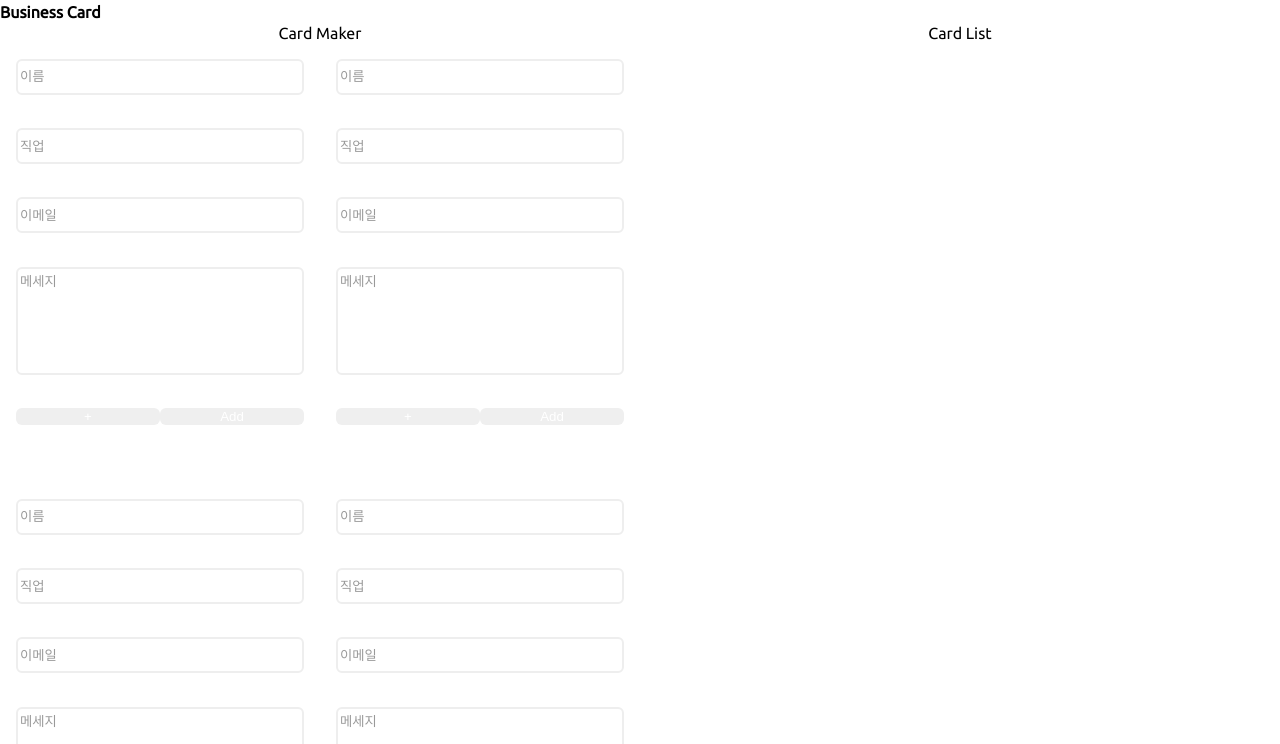
Repository: momo0170/react_businesscard
Page: /main
An editor plug-in stored every save of this project. The page is shown before and after the next save, followed by the edit.
The browser window is 1280 px wide. The pictures show the whole page.
The page's requests for data from a server got no answer. An inner scrolling area shows only its first screen. The project was rebuilt for these pictures with package versions that can differ from the ones it lists, and the page was loaded fresh each time. No one was signed in, and anything a server would have sent is missing. Also part of the build but not shown: src/css/login.module.css, src/route/login.jsx.

Above is the page before, as saved 2022-08-15 10:38:54.

### public/index.html
<!DOCTYPE html>
<html lang="en">
  <head>
    <meta charset="utf-8" />
    <link rel="icon" href="%PUBLIC_URL%/favicon.ico" />
    <meta name="viewport" content="width=device-width, initial-scale=1" />
    <meta name="theme-color" content="#000000" />
    <meta
      name="description"
      content="Web site created using create-react-app"
    />
    <link rel="preconnect" href="https://fonts.googleapis.com" />
    <link rel="preconnect" href="https://fonts.gstatic.com" crossorigin />
    <link
      href="https://fonts.googleapis.com/css2?family=Noto+Sans+KR:wght@400;700&family=Ubuntu:ital,wght@0,400;1,500&display=swap"
      rel="stylesheet"
    />

    <title>App</title>
  </head>
  <body>
    <noscript>You need to enable JavaScript to run this app.</noscript>
    <div id="root"></div>
  </body>
</html>

### src/index.js
import React from 'react';
import ReactDOM from 'react-dom/client';
import './index.css';
import App from './app.jsx';
import { BrowserRouter } from 'react-router-dom';

const root = ReactDOM.createRoot(document.getElementById('root'));
root.render(
  <BrowserRouter>
    <App />
  </BrowserRouter>
);

### src/index.css
html {
  width: 100%;
  height: 100%;
}

body {
  width: 100%;
  height: 100%;
  margin: 0;
  font-family: 'Noto Sans KR', sans-serif;
  font-family: 'Ubuntu', sans-serif;
}

#root {
  width: 100%;
  height: 100%;
}

### src/app.jsx
import React, { useState, useRef } from 'react';
import { Routes, Route } from 'react-router-dom';

import Login from './route/login';
import Main from './route/main';

import { auth } from './service/firebase.js';
import './service/firebase.js';
import writeUserData from './service/database.js';
import {
  GoogleAuthProvider,
  signInWithPopup,
  createUserWithEmailAndPassword,
  onAuthStateChanged,
  signInWithEmailAndPassword,
  signOut,
} from 'firebase/auth';

// createUserWithEmailAndPassword : 회원가입
// signInWithEmailAndPassword : 로그인
// signOut : 로그아웃
// sendEmailVerifiacation : 회원가입한 이메일 유호 확인
// updateEmail : 회원가입한 아이디 이메일 변경
// updatePassword : 회원가입한 아이디 패스워드 변경
// sendPasswordResetEmail : 회원가입한 비빌먼호 재설정
// delete : 회원가입한 아이디 삭제
// reauthenticate : 아이디 재인증
// onAuthStateChanged : 사용자의 로그인 상태 변경 감시

function App() {
  const [registerEmail, setRegisterEmail] = useState('');
  const [registerPassword, setRegisterPassword] = useState('');
  const [loginEmail, setLoginEmail] = useState(''); // email 저장하는 변수
  const [loginPassword, setLoginPassword] = useState(''); // 비밀번호 저장하는 변수
  const [googleUserData, setGoogleUserData] = useState(null); // google 로그인 사용자 정보
  const [emailUserData, setEmailUserData] = useState(null); // email 로그인 사용자 정보
  const loginInputId = useRef(); // id input 태그 제어
  const loginInputPassword = useRef(); // password input 태그 제어

  // 회원가입
  const register = () => {
    createUserWithEmailAndPassword(auth, registerEmail, registerPassword)
      .then((userCredential) => {
        var registerUser = userCredential.user;
        console.log(registerUser);
      })
      .catch((error) => {
        var errorCode = error.code;
        var errorMessage = error.message;
        console.log(errorCode);
        console.log(errorMessage);
        // ..
      });
  };

  // 이메일 로그인
  const emailLogin = (e) => {
    e.preventDefault();
    loginInputId.current.value = '';
    loginInputPassword.current.value = '';
    signInWithEmailAndPassword(auth, loginEmail, loginPassword)
      .then((userCredential) => {
        const data = userCredential.user;
        setEmailUserData(data);
        console.log(data);
        document.location.href = '/main';
      })
      .catch((error) => {
        const errorCode = error.code;
        const errorMessage = error.message;
        console.log(errorCode);
        console.log(errorMessage);
      });
  };

  // 구글 로그인
  const googleLogin = () => {
    const provider = new GoogleAuthProvider(); // provider를 구글로 설정
    signInWithPopup(auth, provider) // popup을 이용한 signup
      .then((data) => {
        setGoogleUserData(data.user); // user data 설정
        console.log(data); // console로 들어온 데이터 표시
        document.location.href = '/main';
      })
      .catch((err) => {
        console.log(err);
      });
  };

  return (
    <Routes>
      <Route path="/">
        <Route
          path="login"
          element={
            <Login
              googleLogin={googleLogin}
              register={register}
              emailLogin={emailLogin}
              googleUserData={googleUserData}
              setGoogleUserData={setGoogleUserData}
              emailUserData={emailUserData}
              setEmailUserData={setEmailUserData}
              setLoginEmail={setLoginEmail}
              setLoginPassword={setLoginPassword}
              loginInputId={loginInputId}
              loginInputPassword={loginInputPassword}
            />
          }
        />
      </Route>
      <Route path="/main" element={<Main />} />
    </Routes>
  );
}

export default App;

### src/route/main.jsx
import React from 'react';
import { useState } from 'react';
import styles from '../css/main.module.css';
import CardMaker from '../components/cardMaker';

function Main() {
  const [maker, setMaker] = useState([
    {
      name: '창한',
      job: 'Front-End Developer',
      email: 'momo017097@gmail.com',
      message: '화이팅',
    },
    {
      name: 'Donald',
      job: 'FBI agent',
      email: 'dnd@gmail.com',
      message: 'Get down here',
    },
  ]);
  const [card, setCard] = useState([]);

  return (
    <>
      <header className={styles.header}>
        <span className={styles.title}>Business Card</span>
        <div>
          <span className={styles.logout}>로그아웃</span>
        </div>
      </header>
      <div className={styles.container}>
        {/* 카드 메이커 */}
        <div className={styles.cardMakerTitle}>
          <span>Card Maker</span>
          <div className={styles.cardMakers}>
            <CardMaker />
            <CardMaker />
            <CardMaker />
            <CardMaker />
            <CardMaker />
            <CardMaker />
            <CardMaker />
            <CardMaker />
          </div>
        </div>

        {/* 카드 리스트 */}
        <div className={styles.cardListTitle}>
          <span>Card List</span>
          <div className={styles.cardLists}></div>
        </div>
      </div>
    </>
  );
}

export default Main;

### src/service/firebase.js
import { initializeApp } from 'firebase/app';
import { getAuth } from 'firebase/auth';

const firebaseConfig = {
  apiKey: process.env.REACT_APP_API_KEY,
  authDomain: process.env.REACT_APP_AUTH_DOMAIN,
  projectId: process.env.REACT_APP_PROJECT_ID,
  storageBucket: process.env.REACT_APP_STORAGE_BUCKET,
  messagingSenderId: process.env.REACT_APP_MESSAGING_ID,
  appId: process.env.REACT_APP_APP_ID,
};
const app = initializeApp(firebaseConfig);
const auth = getAuth(app);

export { app, auth };

### src/service/database.js
import { getDatabase, ref, set } from 'firebase/database';

// set을 사용해서 지정된 참조에 데이터를 저장
// 해당 경로의 기존 데이터를 모두 바꿈
// 하위 노드를 포함하여 지정된 위치의 데이터를 덮어 씀
const writeUserData = (userId, name, email) => {
  const db = getDatabase();
  set(ref(db, '/main/users/' + userId), {
    username: name,
    email: email,
  });
};

// onValue 메소드가 이벤트를 관찰
// 이벤트가 발생하면 지정한 경로에 있는 콘텐츠의 정적 스냅샷을 읽음
// 처음에 리스너에 연결될 때 한 번 트리거되고, 하위 요소를 포함한 데이터가 변경될 때마다 다시 트리거
// 리스너는 이벤트 발생 시점에 지정된 위치에 있던 데이터르 포함하는 스냅샷을 수신
// val() 메소트를 이용해 스냅샷 데이터 검색 가능

export default writeUserData;

### src/css/main.module.css
@value normalBlue from '../common/colors.css';
@value marginNormal, fontXLarge, marginHigh, paddingLow, fontLarge, paddingNormal, paddingHigh, fontXXLarge from '../common/size.css';

.header {
  display: flex;
  justify-content: space-between;
  align-items: center;
  padding: paddingNormal paddingHigh;
  position: sticky;
  top: 0;
  background-color: white;
}

.title {
  color: normalBlue;
  margin: 0;
  font-size: fontXXLarge;
  font-weight: 600;
}

.logout {
  cursor: pointer;
  background-color: normalBlue;
  padding: paddingLow;
  color: white;
  font-weight: 600;
  border-radius: 6px;
}

.container {
  display: flex;
  height: 100%;
}

.cardMakerTitle,
.cardListTitle {
  display: flex;
  flex-direction: column;
  align-items: center;
}
.cardMakerTitle,
.cardListTitle {
  /* background-color: grey; */
  flex: 1 1 50%;
}

.cardMakerTitle span,
.cardListTitle span {
  margin-bottom: marginNormal;
  font-size: fontXLarge;
}

.cardMakers,
.cardLists {
  width: 100%;
  height: 100%;
  display: grid;
  grid-template-columns: repeat(auto-fill, 50%);
  grid-template-rows: repeat(4, minmax(400px, 400px));
  justify-items: center;
  overflow: auto;
  row-gap: 40px;
  margin-bottom: marginHigh;
}

### src/components/cardMaker.jsx
import styles from '../css/cardMaker.module.css';

function CardMaker() {
  return (
    <div className={styles.frame}>
      <input className={styles.name} placeholder="이름" />
      <input className={styles.job} placeholder="직업" />
      <input className={styles.email} placeholder="이메일" />
      <textarea className={styles.message} placeholder="메세지" />
      <div className={styles.btns}>
        <button className={styles.photoBtn}>+</button>
        <button className={styles.addBtn}>Add</button>
      </div>
    </div>
  );
}

export default CardMaker;

### src/css/cardMaker.module.css
@value normalBlue, cardBackground, cardBorder, cardAdd, cardDelete, photoAdd from '../common/colors.css';
@value marginNormal, fontXLarge, marginLow, marginHigh, paddingLow, fontLarge, paddingNormal, paddingHigh, fontXXLarge from '../common/size.css';

.frame {
  width: 90%;
  display: flex;
  flex-direction: column;
  justify-content: space-around;
  background-color: cardBackground;
  border: 1px solid cardBorder;
  border-radius: 6px;
}

input {
  margin: 0 marginHigh;
  margin-top: marginNormal;
  border: 2px solid #eeeeee;
  border-radius: 6px;
  padding-left: paddingLow;
}

.message {
  margin: marginHigh;
  margin-bottom: 0;
  border: 2px solid #eeeeee;
  border-radius: 6px;
  height: 100px;
  resize: none;
  padding: paddingLow;
}

.name,
.job,
.email {
  height: 30px;
}

input:focus,
.message:focus {
  border: 2px solid normalBlue;
}

input::placeholder,
.message::placeholder {
  color: rgba(0, 0, 0, 0.4);
}

.btns {
  display: flex;
  justify-content: space-between;
  margin: marginLow marginHigh;
}
.photoBtn,
.addBtn {
  outline: 0;
  border: 0;
  border-radius: 6px;
  cursor: pointer;
  flex: 1 1 50%;
  color: white;
  padding: paddingNormal 0;
}

.photoBtn {
  background-color: photoAdd;
  margin-right: marginLow;
}
.addBtn {
  background-color: normalBlue;
}

After the next save:
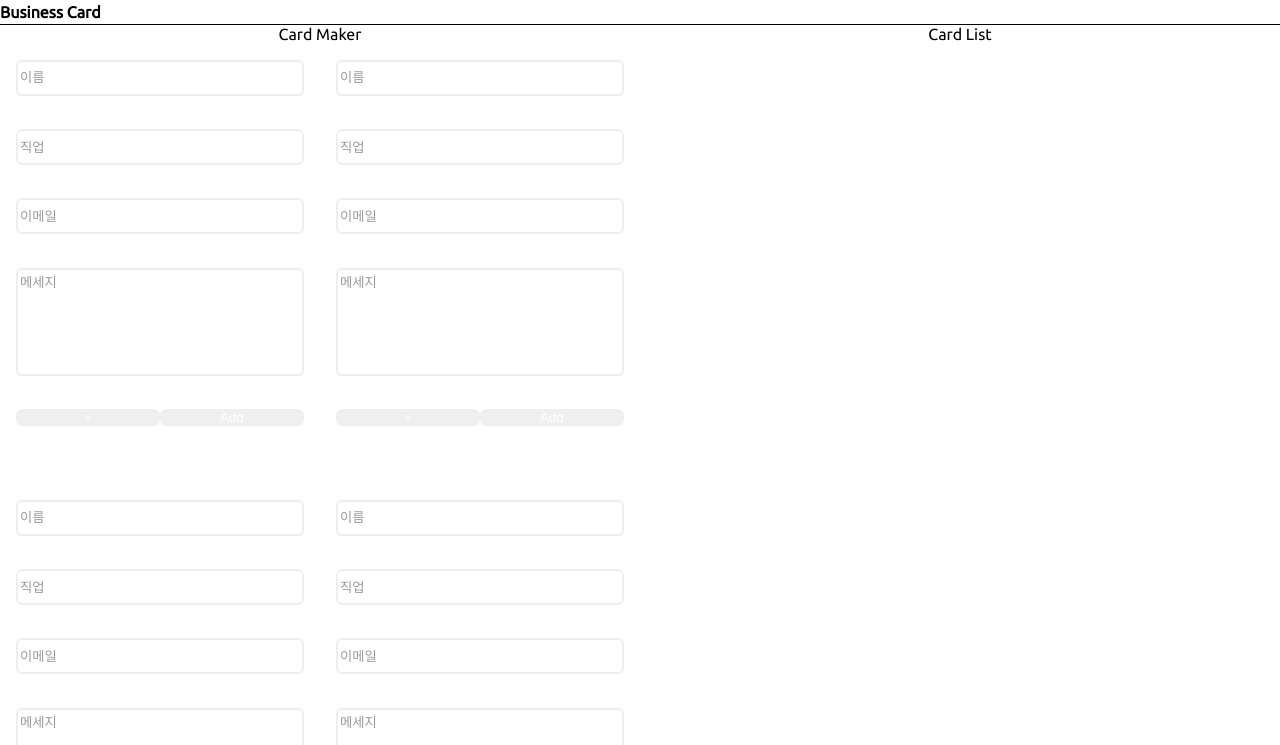
Saved 30 s later.
--- a/src/css/main.module.css
+++ b/src/css/main.module.css
@@ -9,6 +9,7 @@
   position: sticky;
   top: 0;
   background-color: white;
+  border-bottom: 1px solid black;
 }
 
 .title {
